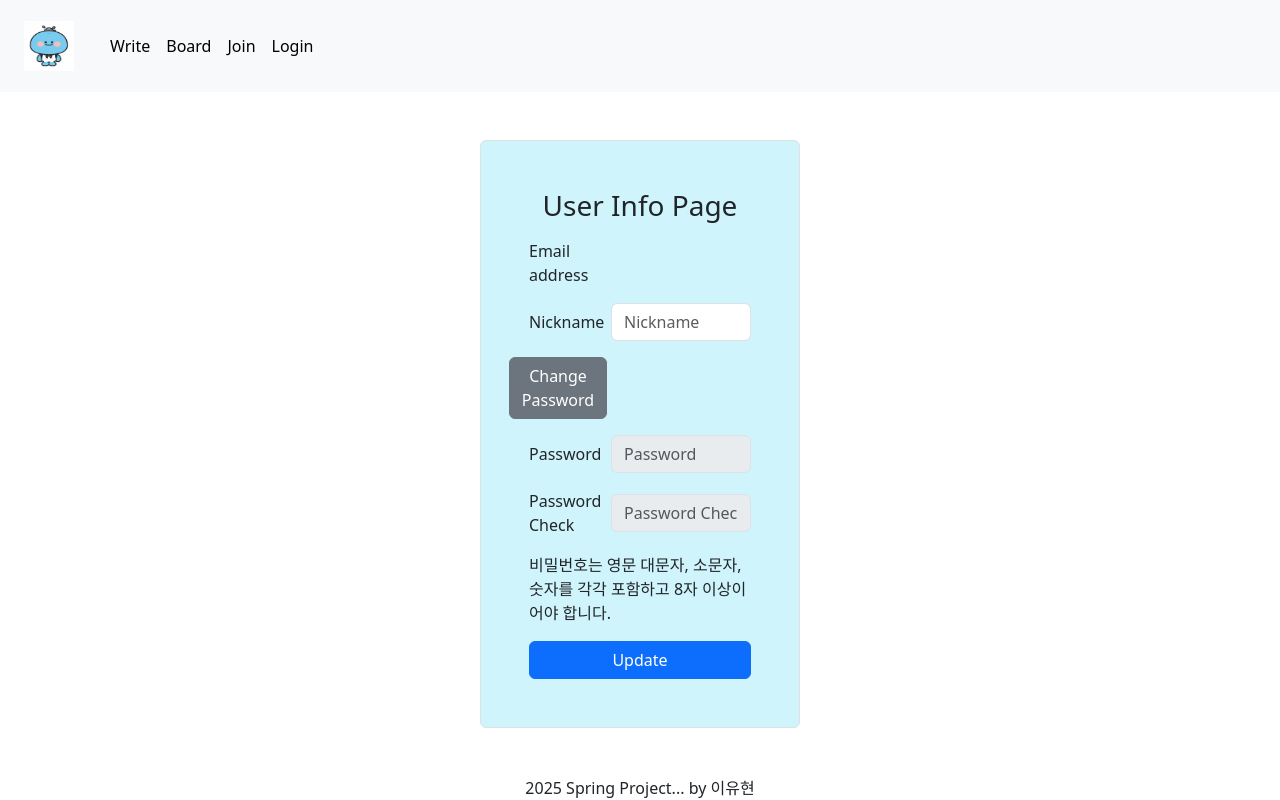
Repository: LeeYouHyeon/6.Spring
Page: http://localhost/spring_project/WEB-INF/views/user/info.jsp
The author's editor kept a copy of each file at every save. The page is drawn from the files as they stood at one save, then again after the next save.
The browser window is 1280 px wide. The pictures show the whole page.
The page is served by Tomcat 9. Nobody is signed in. Other server files are loaded and not shown. The template is opened directly, without the code that normally fills it, so the values that code supplies are empty.

Above is the page before, as saved 2025-06-11 06:33:40.
Console error: TypeError: Cannot read properties of null (reading 'addEventListener')

### spring_project/src/main/webapp/WEB-INF/views/user/info.jsp
<%@ page language="java" contentType="text/html; charset=UTF-8" pageEncoding="UTF-8"%>
<%@ include file="../layout/header.jsp"%>

<div class="w-25 p-5 my-5 mx-auto border rounded bg-info-subtle">
	<sec:authentication property="principal" var="pri" />
	<form action="/user/update" method="post" id="updateForm">
		<h3 class="text-center mb-3">User Info Page</h3>
		<div class="mb-3 row align-items-center">
			<div class="col-4">Email address</div>
			<div class="col-8">
				<input type="hidden"
					class="form-control"
					id="email"
					name="email"
					placeholder="name@example.com"
					value="${pri.uvo.email}">
				${pri.uvo.email}
			</div>
		</div>

		<div class="mb-3 row align-items-center">
			<div class="col-4">Nickname</div>
			<div class="col-8">
				<input type="text"
					class="form-control"
					id="nickName"
					name="nickName"
					placeholder="Nickname"
					value="${pri.uvo.nickName}">
			</div>
		</div>

		<div class="mb-3 row justify-content-center align-items-center">
			<div class="col-4 d-flex justify-content-center">
				<button type="button"
					id="pwdChangeBtn"
					class="btn btn-secondary">Change Password</button>
			</div>
			<div class="col-8" id="pwdCheckArea"></div>
		</div>

		<div class="mb-3 row align-items-center">
			<div class="col-4">Password</div>
			<div class="col-8">
				<input type="password"
					class="form-control"
					id="pwd"
					name="pwd"
					placeholder="Password"
					disabled>
			</div>
		</div>

		<div class="mb-3 row align-items-center">
			<div class="col-4" id="pwdCheckArea">Password Check</div>
			<div class="col-8">
				<input type="password"
					class="form-control"
					id="pwdCheck"
					placeholder="Password Check"
					disabled>
			</div>
		</div>

		<div class="mb-3">비밀번호는 영문 대문자, 소문자, 숫자를 각각 포함하고 8자 이상이어야 합니다.</div>

		<button type="button" class="btn btn-primary w-100" id="updateBtn">Update</button>
	</form>

	<script type="text/javascript" src="/resources/js/userInfo.js"></script>
</div>
<%@ include file="../layout/footer.jsp"%>

### spring_project/src/main/webapp/WEB-INF/views/layout/header.jsp
<%@ page language="java" contentType="text/html; charset=UTF-8" pageEncoding="UTF-8"%>
<%@ taglib uri="http://java.sun.com/jsp/jstl/core" prefix="c" %>
<%@ taglib uri="http://www.springframework.org/security/tags" prefix="sec" %>
<!DOCTYPE html>
<html>
<head>
<meta charset="UTF-8">
<title>Spring Project</title>
<link rel="stylesheet" href="/resources/dist/css/bootstrap.min.css">
<script type="text/javascript" src="/resources/dist/js/bootstrap.bundle.min.js"></script>
</head>
<body>
	<nav class="navbar navbar-expand-lg bg-body-tertiary">
		<div class="container-fluid">
			<nav class="navbar bg-body-tertiary">
				<div class="container">
					<a class="navbar-brand" href="/">
						<img src="/resources/image/logo.jpg" alt="Bootstrap" width="50" height="50">
					</a>
				</div>
			</nav>
			<button class="navbar-toggler"
				type="button"
				data-bs-toggle="collapse"
				data-bs-target="#navbarSupportedContent"
				aria-controls="navbarSupportedContent"
				aria-expanded="false"
				aria-label="Toggle navigation">
				<span class="navbar-toggler-icon"></span>
			</button>
			<div class="collapse navbar-collapse" id="navbarSupportedContent">
				<ul class="navbar-nav me-auto mb-2 mb-lg-0">
					<li class="nav-item">
						<a class="nav-link active" aria-current="page" href="/board/register">Write</a>
					</li>
					<li class="nav-item">
						<a class="nav-link active" aria-current="page" href="/board/list">Board</a>
					</li>
					<sec:authorize access="isAnonymous()">
						<li class="nav-item">
							<a class="nav-link active" aria-current="page" href="/user/register">Join</a>
						</li>
						<li class="nav-item">
							<a class="nav-link active" aria-current="page" href="/user/login">Login</a>
						</li>
					</sec:authorize>
					<sec:authorize access="isAuthenticated()">
						<!-- 인증객체가 만들어진 상태(로그인) -->
						<!-- 인증 객체를 가져오기 => 현재 로그인 정보 : property="principal" -->
						<sec:authentication property="principal" var="pri"/>
						<li class="nav-item">
							<form action="/user/logout" method="post" id="logoutForm">
								<a class="nav-link active" aria-current="page" id="logoutLink">Logout</a>
							</form>
						</li>
						<li class="nav-item">
							<a class="nav-link active" aria-current="page" href="/user/info">UserInfo</a>
						</li>
						<c:if test="${pri.uvo.authList.stream().anyMatch(a -> a.auth.equals('ROLE_ADMIN')).get()}">
						<li class="nav-item">
							<a class="nav-link active" aria-current="page" href="/user/list">UserList</a>
						</li>
						</c:if>
					</sec:authorize>
				</ul>
			</div>
		</div>
	</nav>

	<script type="text/javascript">
		document.getElementById('logoutLink').addEventListener('click', e => {
			  e.preventDefault();
			  document.getElementById('logoutForm').submit();
		});
	</script>

### spring_project/src/main/webapp/WEB-INF/views/layout/footer.jsp
<%@ page language="java" contentType="text/html; charset=UTF-8"
	pageEncoding="UTF-8"%>

<div class="text-center">2025 Spring Project... by 이유현</div>
</body>
</html>

### spring_project/src/main/webapp/resources/js/userInfo.js
/**
 *
 */

const email = document.getElementById('email').value;
const [nickName, pwdChangeBtn, pwd, pwdCheck, pwdCheckArea, updateBtn, leaveBtn] = ["nickName", "pwdChangeBtn", "pwd", "pwdCheck", "pwdCheckArea",  "updateBtn", "leaveBtn"].map(e => document.getElementById(e));

let changePwd = false;
let newPwdResult = undefined;
pwdChangeBtn.addEventListener('click', () => {
  changePwd = !changePwd;

  if (changePwd) {
    pwd.disabled = false;
    pwdCheck.disabled = false;
    passCheck();
  } else {
    pwd.disabled = true;
    pwdCheck.disabled = true;
    pwdCheckArea.innerText = '';
    newPwdResult = undefined;
  }
});

pwd.onchange = passCheck;
pwdCheck.onchange = passCheck;

function passCheck() {
  const [pwdValue, pwdCheckValue] = [pwd, pwdCheck].map(e => e.value);

  if (pwdValue == '' && pwdCheckValue == '') {
    pwdCheckArea.innerText = 'Enter new password.';
    pwdCheckArea.style.color = 'black';
    return;
  }

  if (pwdValue.length < 8 || !/[a-z]/.test(pwdValue) || !/[A-Z]/.test(pwdValue) || !/[0-9]/.test(pwdValue)) {
    newPwdResult = false;
    pwdCheckArea.innerText = 'Invalid Password';
  } else if (pwdValue != pwdCheckValue) {
    newPwdResult = false;
    pwdCheckArea.innerText = 'Password Match Failed';
  } else {
    newPwdResult = true;
    pwdCheckArea.innerText = 'Valid Password';
  }

  pwdCheckArea.style.color = newPwdResult ? 'green' : 'red';
}

updateBtn.addEventListener('click', () => {
  if (nickName.value == '') nickName.focus();
  else if (changePwd && (newPwdResult != true)) pwd.focus();
  else document.getElementById('updateForm').submit();
});

leaveBtn.onclick = () => {
  if (confirm('정말로 탈퇴하시겠습니까?')) location.href = "/user/remove";
};

Loaded but not shown: spring_project/src/main/webapp/resources/dist/css/bootstrap.min.css (library); spring_project/src/main/webapp/resources/dist/js/bootstrap.bundle.min.js (library)

After the next save:
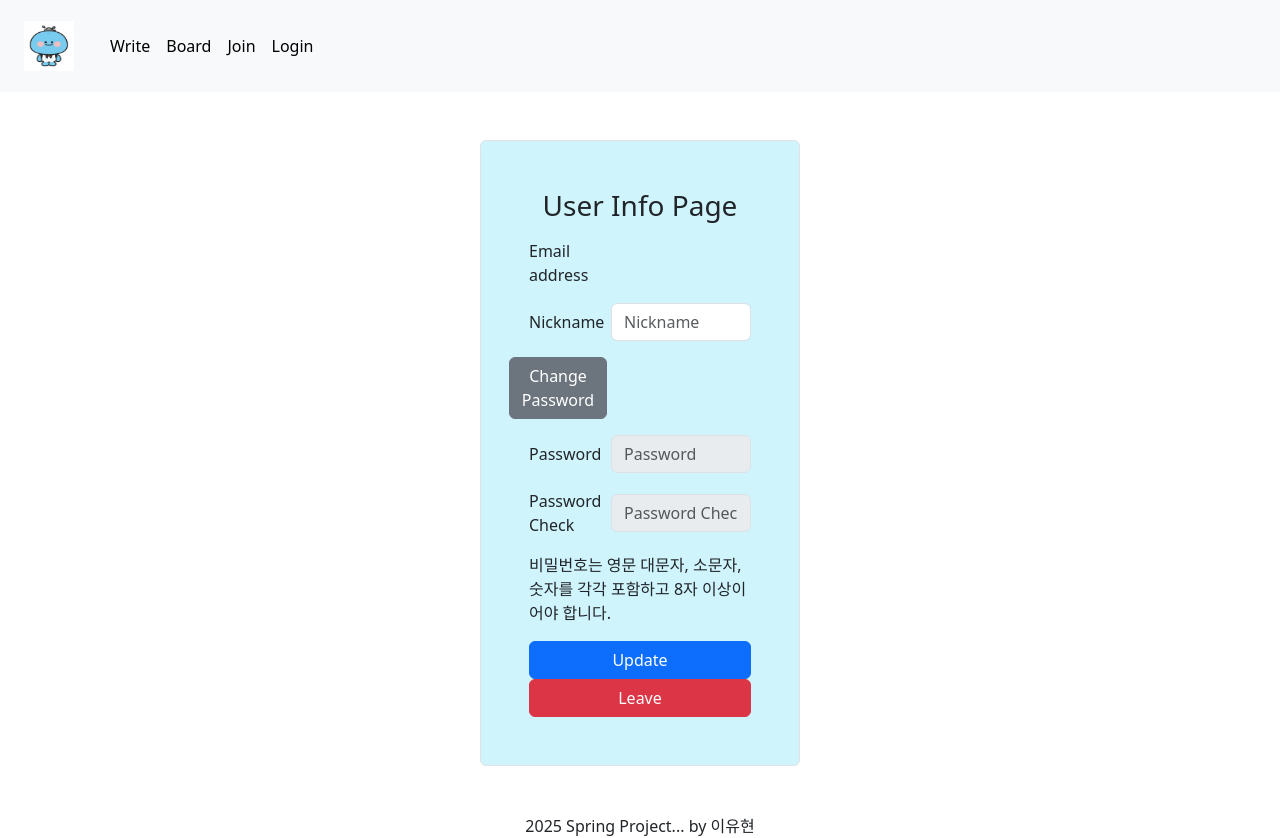
Saved 37 min 56 s later.
--- a/spring_project/src/main/webapp/WEB-INF/views/user/info.jsp
+++ b/spring_project/src/main/webapp/WEB-INF/views/user/info.jsp
@@ -65,6 +65,7 @@
 		<div class="mb-3">비밀번호는 영문 대문자, 소문자, 숫자를 각각 포함하고 8자 이상이어야 합니다.</div>
 
 		<button type="button" class="btn btn-primary w-100" id="updateBtn">Update</button>
+		<button type="button" class="btn btn-danger w-100" id="leaveBtn">Leave</button>
 	</form>
 
 	<script type="text/javascript" src="/resources/js/userInfo.js"></script>
